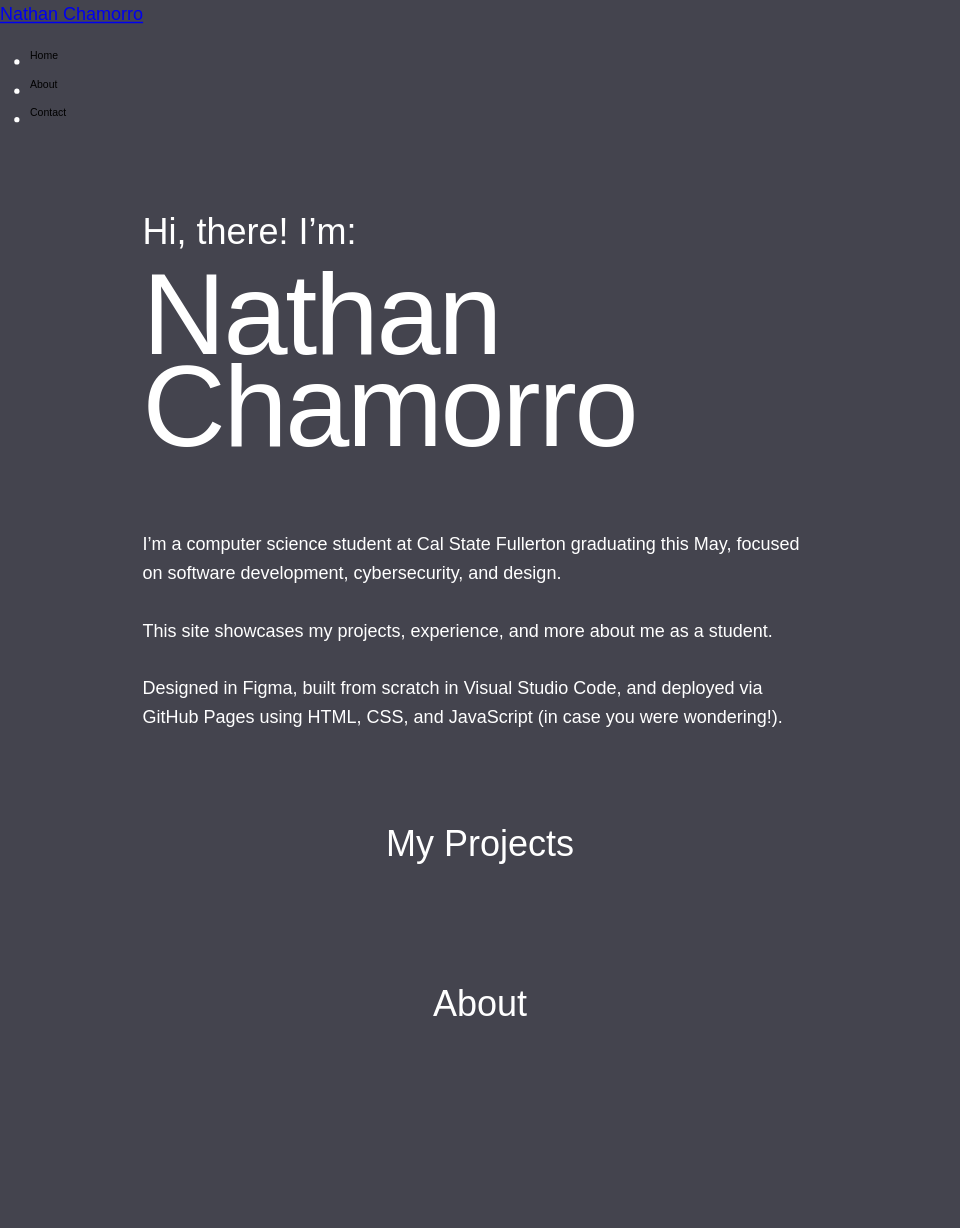
Repository: nathanchamorro1/nathanchamorro1.github.io
Page: index.html
These files come from the project's save history. The page is drawn as it stood at one moment and after the next save; the edit follows.
The browser window is 1280 px wide. The pictures show the whole page, at 75% of full size.
Some web fonts or font styles are not loaded; a fallback is used.

Above is the page before, as saved 2026-02-17 17:42:10.

### index.html
<!DOCTYPE html>
<html lang="en">

<head>
<meta charset="UTF-8">
<meta name="viewport" content = "width=device-width,initial-scale=1">
<title>Nathan Chamorro's Portfolio</title>
<link rel = "icon" type = "image/x-icon" href = "/assets/snoopy-favicon.ico">
<link rel="stylesheet" href="https://use.typekit.net/lhh1weh.css">
<link rel="stylesheet" href="css/style.css">
</head>
<body>

<div class="layout">
  <nav class="sidebar">
    <a href="#home" class="nav-logo">Nathan Chamorro</a>
    <ul>
      <li><a href="#home" class="nav-link">Home</a></li>
      <li><a href="#about" class="nav-link">About</a></li>
      <li><a href="#contact" class="nav-link">Contact</a></li>
      </ul>
      </nav>

  <main class="content">
    <div class="content-wrapper">
  <section class="hero">
    <h2 class="reveal">Hi, there! I’m:</h2>
    <h1 class="reveal">Nathan Chamorro</h1>
  </section>
      <p class="reveal">
        <br>I’m a computer science student at Cal State Fullerton graduating this May, focused on software development, cybersecurity, and design. <br>
        <br>This site showcases my projects, experience, and more about me as a student.<br>
        <br>Designed in Figma, built from scratch in Visual Studio Code, and deployed via GitHub Pages using HTML, CSS, and JavaScript (in case you were wondering!). <br>
      </p>
    </section>

        <section id="projects" class="content-wrapper">
      <h3 class="reveal">My Projects</h3>
    </section>

    <section id="about" class="content-wrapper">
      <h3 class="reveal">About</h3>
    </section>

    <section id="contact" class="content-wrapper">
      <h3 class="reveal">Contact</h3>
    </section>
  </main>
</div>
<script src = "js/script.js"></script>

### css/style.css
body {
  background-color: #44444E;
  color: white;
  margin: 0;
  font-family: museo-sans, sans-serif;
  font-weight: 300;
  font-style: normal;
  font-variation-settings: "slnt" 0, "wght" 400;
  line-height: 1.6;
  font-size: 1.5rem;
}

.content-wrapper {
  max-width: 900px;
  margin: 0 auto;
  padding: 0 40px;
  padding-top: 0;
  display: flex;
  flex-direction: column;
  align-items: left;
  gap: 40px;
}

.hero {
    min-height: auto;
    display: flex;
    align-items: flex-start;
    flex-direction: column;
    justify-content: flex-start;
    padding-top: 30px;
    padding-bottom: 0;
    text-align: left;
}

h1 {
    color: white;
    font-family: "instrument-serif", sans-serif;
    font-size: clamp(4.5rem, 12vw, 14rem);
    font-weight: 400;
    font-variation-settings: "wght" 400;
    line-height: 0.8;
    margin: 0;
    letter-spacing: -0.02em;
}

h2 {
    color: white;
    font-family: "instrument-serif", sans-serif;
    font-weight: 400;
    font-variation-settings: "wght" 400;
    font-size: 3rem;
    opacity: 0.8;
    margin-bottom: 10px;
}

h3 {
    color: white;
    font-family: "instrument-serif", sans-serif;
    font-weight: 400;
    font-variation-settings: "wght" 400;
    font-size: 3rem;
    opacity: 0.8;
}

.reveal {
    opacity: 0;
    transform: translateY(20px);
    transition: opacity 0.7s ease, transform 0.7s ease;
}

.reveal-visible {
    opacity: 1;
    transform: translateY(0);
}

.navbar {
    position: fixed;
    top: 0;
    width: 100%;
    background: white;
    box-shadow: 0 2px 10px rgba(0,0,0,0.05);
    z-index: 1000;
}

.nav-container {
    max-width: 1000px;
    margin: 0 auto;
    display: flex;
    justify-content: space-between;
    align-items: flex-start;
    padding: 15px 20px;
    position: fixed;
}

.nav-menu {
    list-style: none;
    display: flex;
    gap: 25px;
    margin: 0;
    padding: 0;
    position: fixed;
}

.nav-link {
    text-decoration: none;
    color: black;
    font-size: 14px;
    position: relative;
    position: fixed;
}

.nav-link:hover {
    opacity: 0.6;
}

### js/script.js
const reveals = document.querySelectorAll(".reveal");

function revealOnScroll() {
  const windowHeight = window.innerHeight;

  reveals.forEach(el => {
    const elementTop = el.getBoundingClientRect().top;

    if (elementTop < windowHeight - 200) {
      el.classList.add("reveal-visible");
    }
  });
}

window.addEventListener("scroll", revealOnScroll);
revealOnScroll();

After the next save:
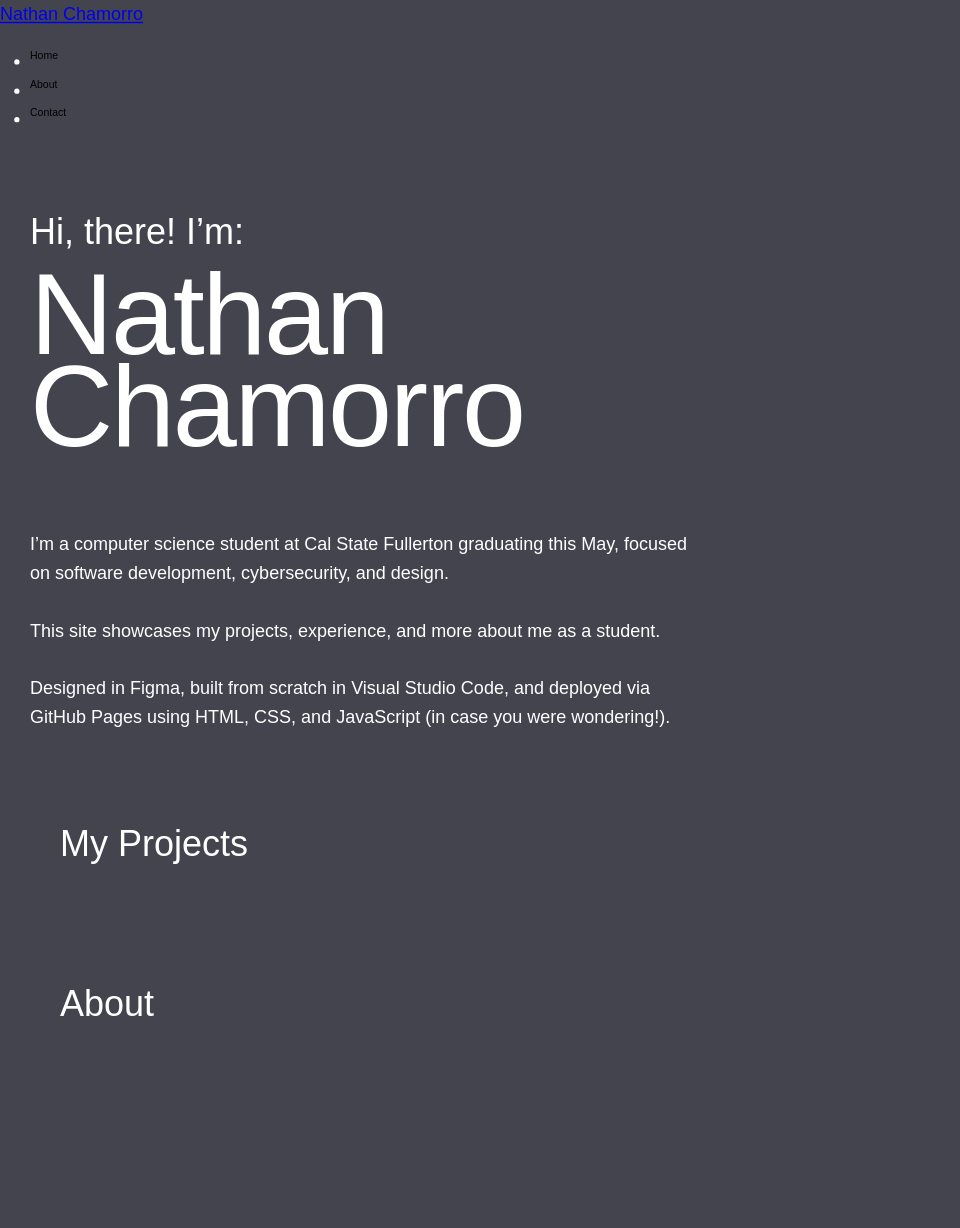
Saved 25 s later.
--- a/css/style.css
+++ b/css/style.css
@@ -12,12 +12,11 @@
 
 .content-wrapper {
   max-width: 900px;
-  margin: 0 auto;
+  margin: 0;
   padding: 0 40px;
   padding-top: 0;
   display: flex;
   flex-direction: column;
-  align-items: left;
   gap: 40px;
 }
 

After the save that followed:
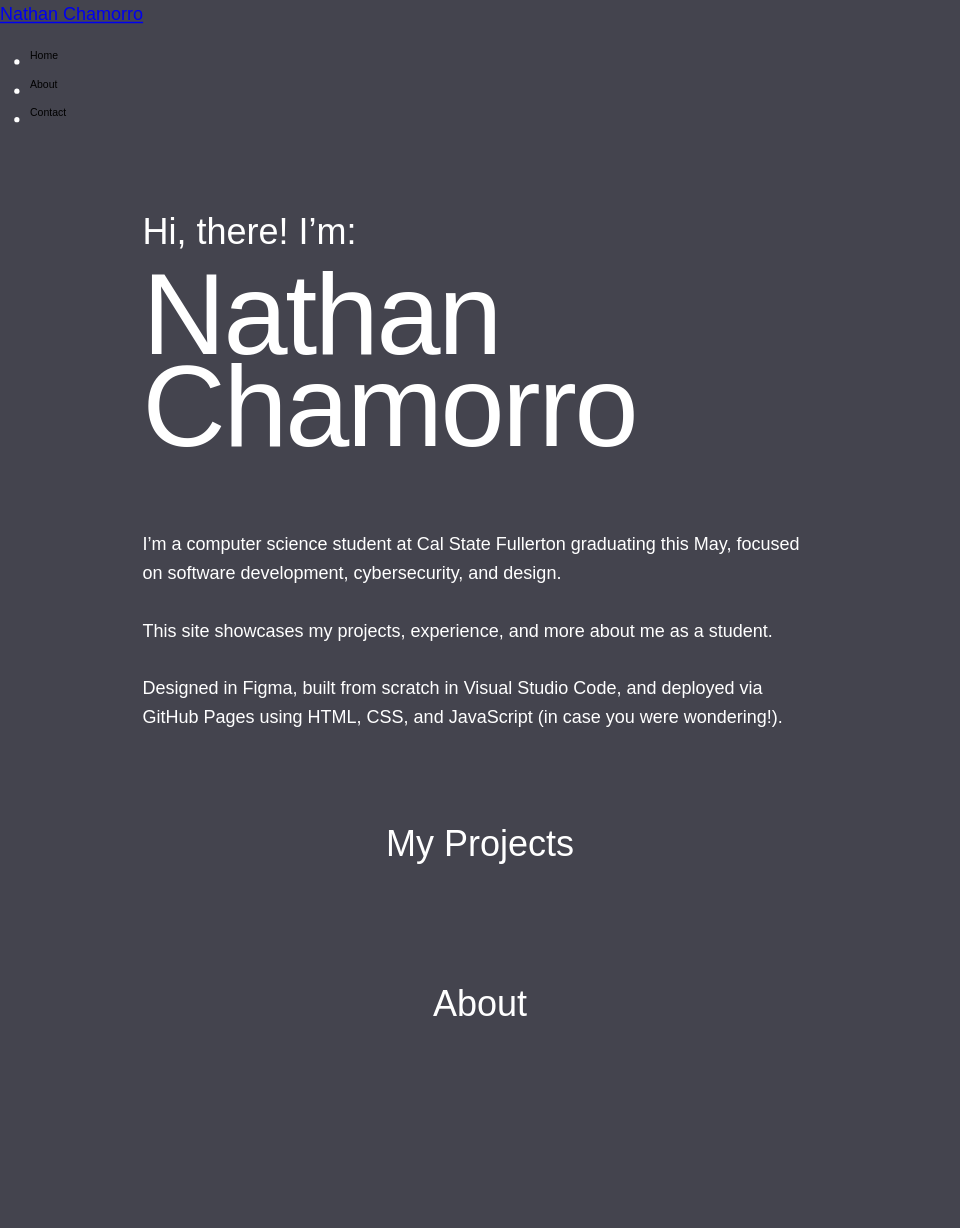
Saved 6 s later.
--- a/css/style.css
+++ b/css/style.css
@@ -12,7 +12,7 @@
 
 .content-wrapper {
   max-width: 900px;
-  margin: 0;
+  margin: 0 auto;
   padding: 0 40px;
   padding-top: 0;
   display: flex;
